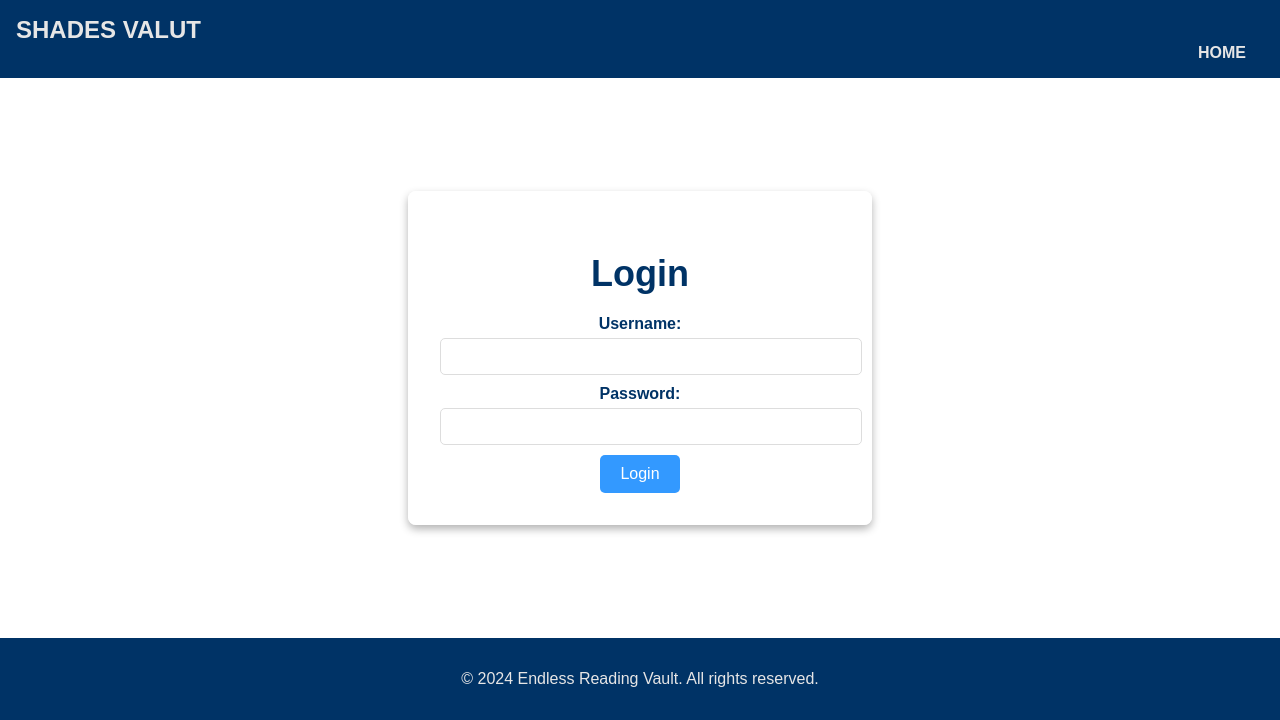
Repository: Harishsuresh-kumar/Library-Web
Page: WORK SITE/Admin Login.html
These files come from the project's save history. The page is drawn as it stood at one moment and after the next save; the edit follows.
The browser window is 1280 px wide. The pictures show the whole page.

Above is the page before, as saved 2024-11-07 01:05:53.

After the next save:
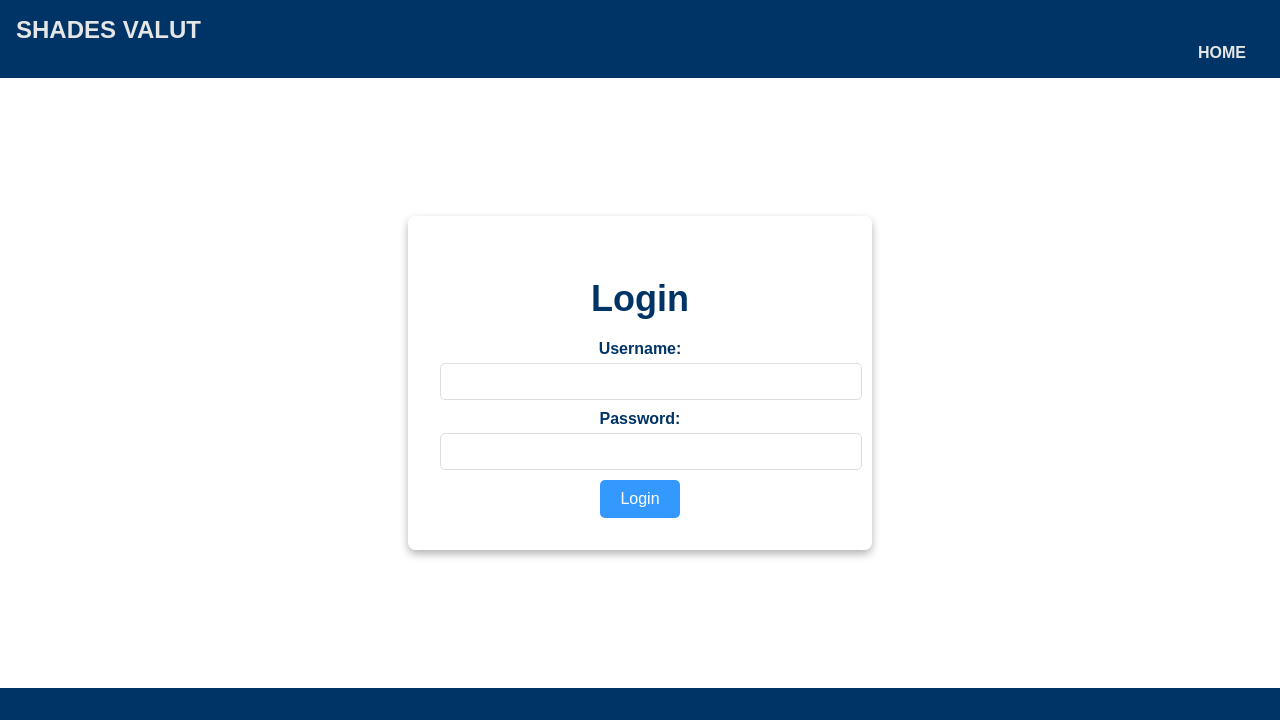
Saved 24 s later.
--- a/WORK SITE/Admin Login.html
+++ b/WORK SITE/Admin Login.html
@@ -39,7 +39,6 @@
             </div>
         </section>
         <footer>
-            <p>&copy; 2024 Endless Reading Vault. All rights reserved.</p>
         </footer>
     </div>
 
